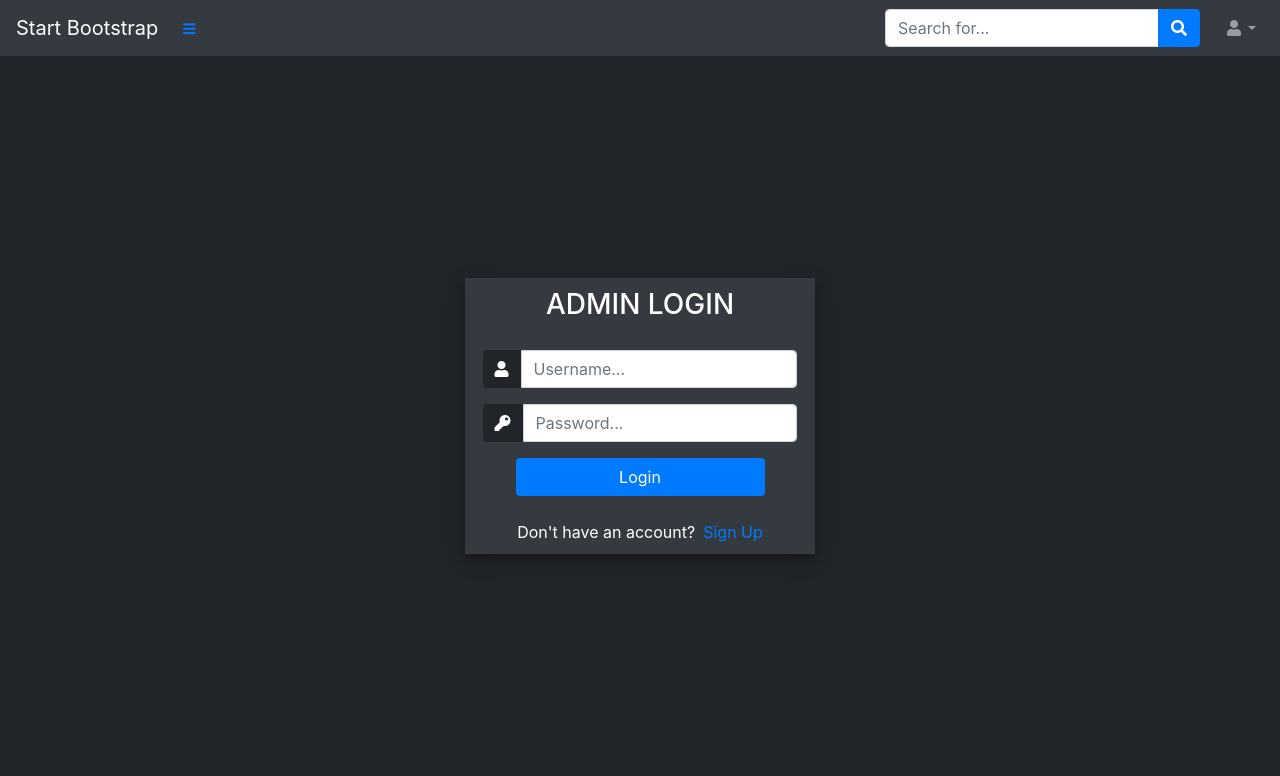
Repository: Abdaljawad-Aya/login-register-auth-validation-Django
Page: http://localhost/login/
These files come from the project's save history. The page is drawn as it stood at one moment and after the next save; the edit follows.
The browser window is 1280 px wide. The pictures show the whole page.
Some web libraries are served in a nearby version. The page is served by the project's application, run on Django 3.2 (project8/manage.py). Other server files are loaded and not shown.

Above is the page before, as saved 2021-03-12 08:07:36.

### project8/project8/templates/login.html
<!DOCTYPE html>
<html>

<head>
	<title>Login</title>
	<link rel="stylesheet" href="https://stackpath.bootstrapcdn.com/bootstrap/4.1.3/css/bootstrap.min.css" integrity="sha384-MCw98/SFnGE8fJT3GXwEOngsV7Zt27NXFoaoApmYm81iuXoPkFOJwJ8ERdknLPMO" crossorigin="anonymous">
	<script src="https://ajax.googleapis.com/ajax/libs/jquery/3.3.1/jquery.min.js"></script>
	<link rel="stylesheet" href="https://use.fontawesome.com/releases/v5.6.1/css/all.css" integrity="sha384-gfdkjb5BdAXd+lj+gudLWI+BXq4IuLW5IT+brZEZsLFm++aCMlF1V92rMkPaX4PP" crossorigin="anonymous">


	<style>
		body,
		html {
			margin: 0;
			padding: 0;
			height: 100%;
			background: #212429 !important;
		}
		.user_card {
			width: 350px;
			margin-top: auto;
			margin-bottom: auto;
			background: #353a40;
			position: relative;
			display: flex;
			justify-content: center;
			flex-direction: column;
			padding: 10px;
			box-shadow: 0 4px 8px 0 rgba(0, 0, 0, 0.2), 0 6px 20px 0 rgba(0, 0, 0, 0.19);
			-webkit-box-shadow: 0 4px 8px 0 rgba(0, 0, 0, 0.2), 0 6px 20px 0 rgba(0, 0, 0, 0.19);
			-moz-box-shadow: 0 4px 8px 0 rgba(0, 0, 0, 0.2), 0 6px 20px 0 rgba(0, 0, 0, 0.19);
			{% comment %} border-radius: 5px; {% endcomment %}

		}

		.form_container {
			margin-top: 20px;
		}

		#form-title{
			color: #fff;

		}

		.login_btn {
			width: 100%;
			background: #007aff !important;
			color: white !important;
		}
		.login_btn:focus {
			box-shadow: none !important;
			outline: 0px !important;
		}
		.login_container {
			padding: 0 2rem;
		}
		.input-group-text {
			background: #212429 !important;
			color: white !important;
			border: 0 !important;
			border-radius: 0.25rem 0 0 0.25rem !important;
		}
		.input_user,
		.input_pass:focus {
			box-shadow: none !important;
			outline: 0px !important;
		}

		#messages{
			background-color: grey;
			color: #fff;
			padding: 10px;
			margin-top: 10px;
		}
      .links{
      color:white;
    }
	</style>

</head>
<body>
     <nav class="sb-topnav navbar navbar-expand navbar-dark bg-dark">
            <a class="navbar-brand" href="index.html">Start Bootstrap</a>
            <button class="btn btn-link btn-sm order-1 order-lg-0" id="sidebarToggle" href="#"><i class="fas fa-bars"></i></button>
            <!-- Navbar Search-->
            <form class="d-none d-md-inline-block form-inline ml-auto mr-0 mr-md-3 my-2 my-md-0">
                <div class="input-group">
                    <input class="form-control" type="text" placeholder="Search for..." aria-label="Search" aria-describedby="basic-addon2" />
                    <div class="input-group-append">
                        <button class="btn btn-primary" type="button"><i class="fas fa-search"></i></button>
                    </div>
                </div>
            </form>
            <!-- Navbar-->
            <ul class="navbar-nav ml-auto ml-md-0">
                <li class="nav-item dropdown">
                    <a class="nav-link dropdown-toggle" id="userDropdown" href="#" role="button" data-toggle="dropdown" aria-haspopup="true" aria-expanded="false"><i class="fas fa-user fa-fw"></i></a>
                    <div class="dropdown-menu dropdown-menu-right" aria-labelledby="userDropdown">
                        {% comment %} <a class="dropdown-item" href="#">Settings</a>
                        <a class="dropdown-item" href="#">Activity Log</a> {% endcomment %}
                        <div class="dropdown-divider"></div>
{% comment %}
                         <span class="hello-msg"> Hello, {{request.user}}</span>
                         <span><a class="dropdown-item" href="{% url 'logout' %}">Logout</a></span> {% endcomment %}
                    </div>
                </li>
            </ul>
        </nav>
	<div class="container h-100">
		<div class="d-flex justify-content-center h-100">
			<div class="user_card">
				<div class="d-flex justify-content-center">


					<h3 id="form-title">ADMIN LOGIN</h3>
				</div>
				<div class="d-flex justify-content-center form_container">
					<form method="POST" action="">

               {% csrf_token %}

						<div class="input-group mb-3">
							<div class="input-group-append">
								<span class="input-group-text"><i class="fas fa-user"></i></span>
							</div>
							<input type="text" name="username" placeholder="Username..." class="form-control">
						</div>
						<div class="input-group mb-2">
							<div class="input-group-append">
								<span class="input-group-text"><i class="fas fa-key"></i></span>
							</div>
								<input type="password" name="password" placeholder="Password..." class="form-control" >
						</div>

							<div class="d-flex justify-content-center mt-3 login_container">
				 				<input class="btn login_btn" type="submit" value="Login">
				   			</div>
					</form>

				</div>
        {% for message in messages%}
            <p id="messages">{{message}}</p>
        {% endfor %}
				<div class="mt-4">
					<div class="d-flex justify-content-center links">
						Don't have an account? <a href="{% url 'register' %}" class="ml-2">Sign Up</a>
					</div>

				</div>
			</div>
		</div>
	</div>
</body>

</html>

### project8/project8/App/views.py
from django.shortcuts import render, redirect
from django.contrib.auth.forms import UserCreationForm

from django.contrib.auth import authenticate, login, logout
from django.contrib import messages

from django.contrib.auth.decorators import login_required
# Create your views here.
from .models import *
from .forms import OrderForm, CreateUserForm
from .filters import OrderFilters


def registerPage(request):
    if request.user.is_authenticated:
        return redirect('index')
    else:
        form = CreateUserForm()
        if request.method == 'POST':
                form = CreateUserForm(request.POST)
                if form.is_valid():
                    form.save()
                    user = form.cleaned_data.get('username')
                    messages.success(request, 'Account was updated ' + user)
                    return redirect('login')

    context ={'form':form}
    return render(request, '../templates/register.html', context)


def loginPage(request):
    if request.user.is_authenticated:
           return redirect('index')
    else:
           if request.method == 'POST':
                    username = request.POST.get('username')
                    password = request.POST.get('password')

                    user = authenticate(request, username=username, password=password)
                    if user is not None:
                        login(request, user)
                        return redirect('index')
                    else:
                        messages.info(request, 'Username OR password is incorrect')
                        # return render(request, '../templates/login.html', context)

    context ={}
    return render(request, '../templates/login.html', context)

def logoutUser(request):
    logout(request)
    return redirect('login')

# this is to make sure that the user is logged in first to be able to see the home page
@login_required(login_url='login')
def index(request):
    return render(request , "index.html")

### project8/project8/project8/urls.py
"""project8 URL Configuration

The `urlpatterns` list routes URLs to views. For more information please see:
    https://docs.djangoproject.com/en/3.1/topics/http/urls/
Examples:
Function views
    1. Add an import:  from my_app import views
    2. Add a URL to urlpatterns:  path('', views.home, name='home')
Class-based views
    1. Add an import:  from other_app.views import Home
    2. Add a URL to urlpatterns:  path('', Home.as_view(), name='home')
Including another URLconf
    1. Import the include() function: from django.urls import include, path
    2. Add a URL to urlpatterns:  path('blog/', include('blog.urls'))
"""
from django.contrib import admin
from django.urls    import path
from App            import views

urlpatterns = [
    path('register/', views.registerPage, name="register"),
    path('login/',    views.loginPage,    name="login"),
    path('logout/',   views.logoutUser,   name="logout"),

    path('admin/', admin.site.urls),
    path('index/', views.index, name="index"),
]

After the next save:
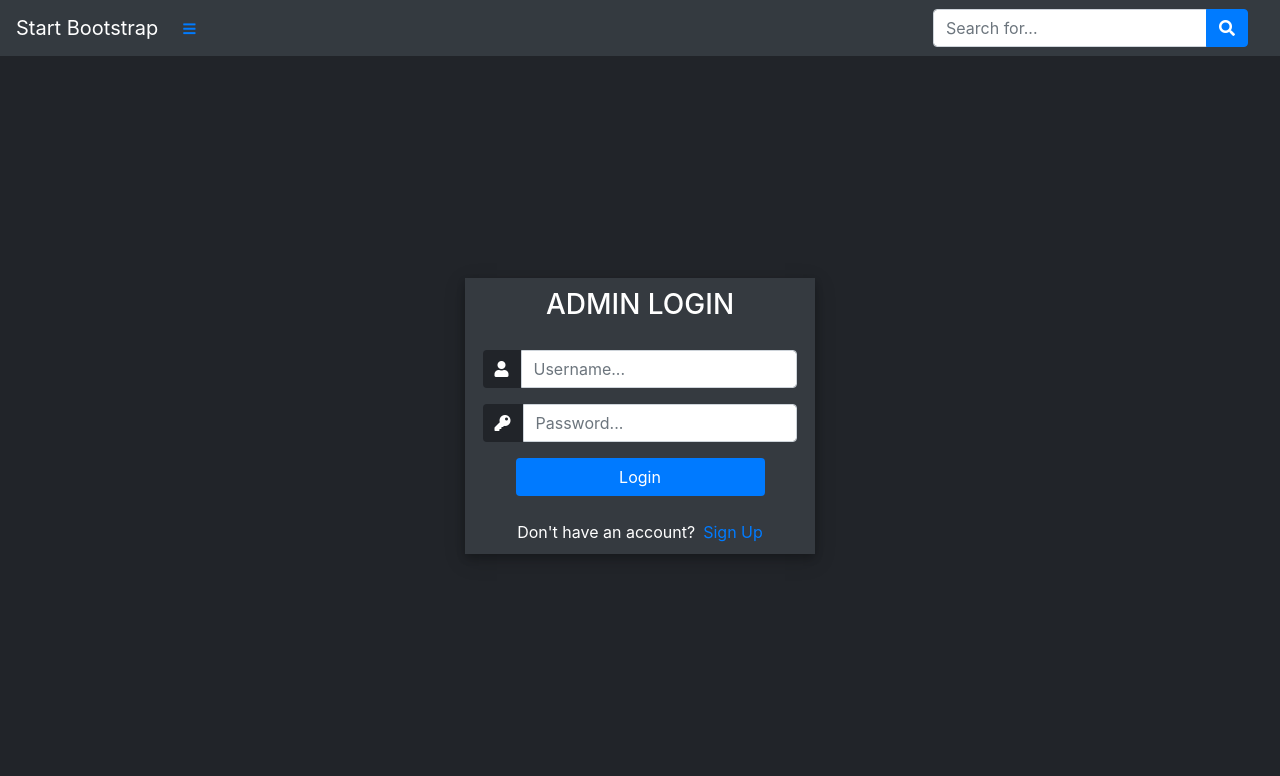
Saved 52 s later.
--- a/project8/project8/templates/login.html
+++ b/project8/project8/templates/login.html
@@ -94,8 +94,8 @@
             <!-- Navbar-->
             <ul class="navbar-nav ml-auto ml-md-0">
                 <li class="nav-item dropdown">
-                    <a class="nav-link dropdown-toggle" id="userDropdown" href="#" role="button" data-toggle="dropdown" aria-haspopup="true" aria-expanded="false"><i class="fas fa-user fa-fw"></i></a>
-                    <div class="dropdown-menu dropdown-menu-right" aria-labelledby="userDropdown">
+                    {% comment %} <a class="nav-link dropdown-toggle" id="userDropdown" href="#" role="button" data-toggle="dropdown" aria-haspopup="true" aria-expanded="false"><i class="fas fa-user fa-fw"></i></a> {% endcomment %}
+                    {% comment %} <div class="dropdown-menu dropdown-menu-right" aria-labelledby="userDropdown"> {% endcomment %}
                         {% comment %} <a class="dropdown-item" href="#">Settings</a>
                         <a class="dropdown-item" href="#">Activity Log</a> {% endcomment %}
                         <div class="dropdown-divider"></div>
